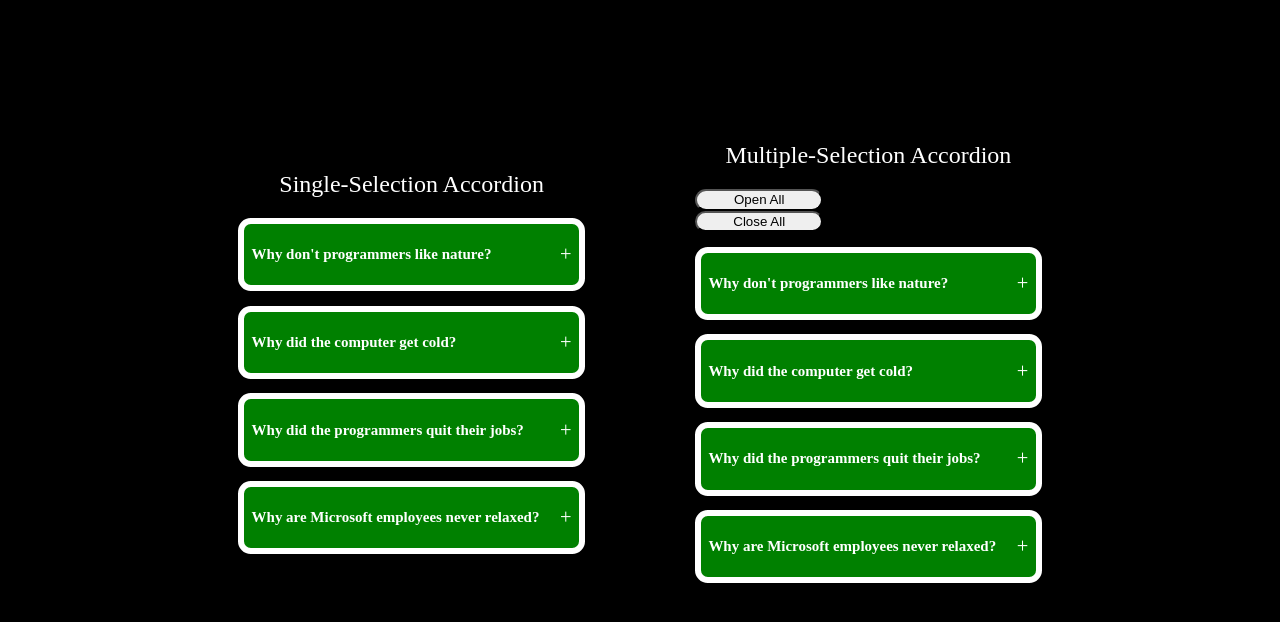
Repository: kosenijr/react-projects
Page: / (app in accordion/)
These files come from the project's save history. The page is drawn as it stood at one moment and after the next save; the edit follows.
The browser window is 1280 px wide. The pictures show the whole page.
The project was rebuilt for these pictures with package versions that can differ from the ones it lists, and the page was loaded fresh each time.

Above is the page before, as saved 2024-03-03 13:15:02.

After the next save:
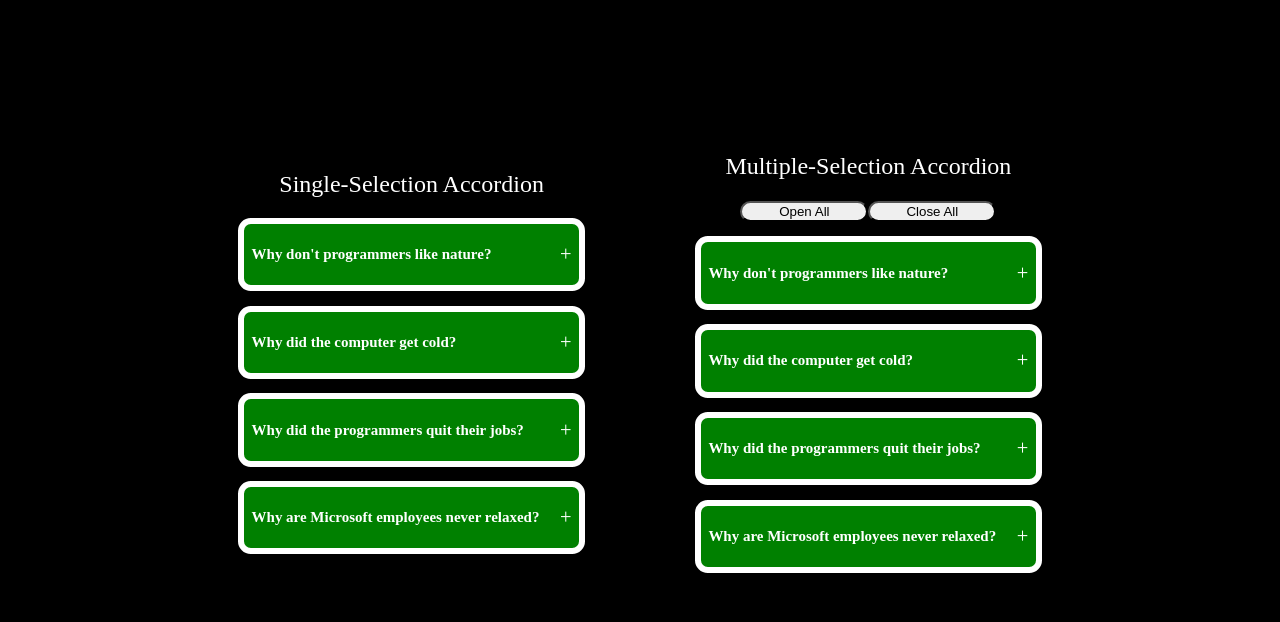
Saved 22 s later.
--- a/accordion/src/styles/MultiSelection.css
+++ b/accordion/src/styles/MultiSelection.css
@@ -10,7 +10,7 @@
 }
 
 .open-all, .close-all {
-    display: flex;
+    display: inline-flex;
     justify-content: space-evenly;
     height:3vh;
     width: 10vw;
